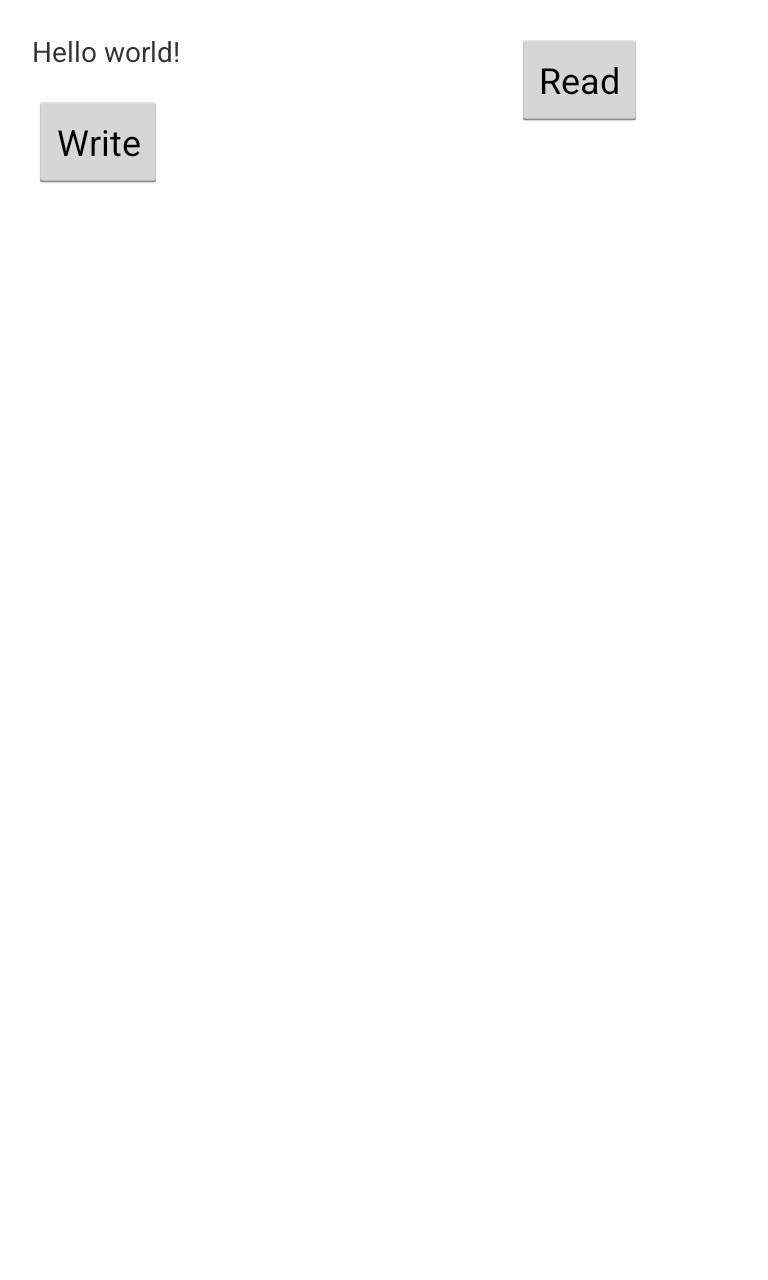
Repository: sparrow1058/nfc
Layout: nfc/res/layout/activity_main.xml
An editor plug-in stored every save of this project. The layout is shown before and after a run of saves, followed by the edit.
It is drawn on a 768 x 1280 px phone screen (xhdpi) without system bars, with theme AppTheme; the app's code is not run.

Above is the layout before, as saved 2018-06-15 06:52:35.

### nfc/res/layout/activity_main.xml
<RelativeLayout xmlns:android="http://schemas.android.com/apk/res/android"
    xmlns:tools="http://schemas.android.com/tools"
    android:layout_width="match_parent"
    android:layout_height="match_parent"
    android:paddingBottom="@dimen/activity_vertical_margin"
    android:paddingLeft="@dimen/activity_horizontal_margin"
    android:paddingRight="@dimen/activity_horizontal_margin"
    android:paddingTop="@dimen/activity_vertical_margin"
    tools:context=".MainActivity" >

    <TextView
        android:id="@+id/textView1"
        android:layout_width="800px"
        android:layout_height="600px"
        android:text="@string/hello_world" />

    <Button
        android:id="@+id/bt_read"
        android:layout_width="wrap_content"
        android:layout_height="wrap_content"
        android:layout_alignParentRight="true"
        android:layout_alignTop="@+id/textView1"
        android:layout_marginRight="46dp"
        android:text="Read" />

    <Button
        android:id="@+id/bt_write"
        android:layout_width="wrap_content"
        android:layout_height="wrap_content"
        android:layout_alignLeft="@+id/button1"
        android:layout_below="@+id/button1"
        android:layout_marginTop="31dp"
        android:text="Write" />

</RelativeLayout>

### nfc/res/values/strings.xml
<?xml version="1.0" encoding="utf-8"?>
<resources>

    <string name="app_name">nfc</string>
    <string name="action_settings">Settings</string>
    <string name="hello_world">Hello world!</string>

</resources>

Loaded but not shown: nfc/res/values/styles.xml (common file); nfc/res/values-v11/styles.xml (common file); nfc/res/values-v14/styles.xml (common file); nfc/res/values/dimens.xml (common file)

After the next 2 saves:
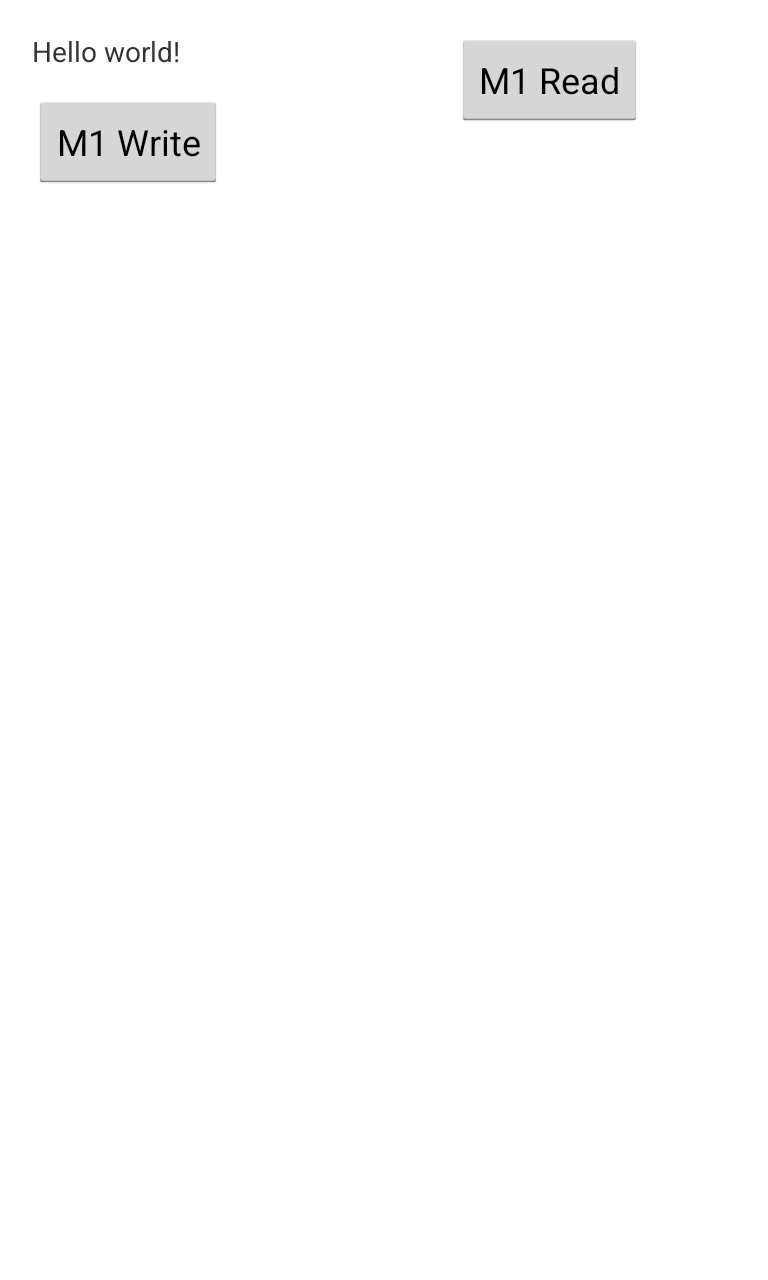
The 2 saves are shown as one change because they came seconds apart.
The last was saved 8 s later.
--- a/nfc/res/layout/activity_main.xml
+++ b/nfc/res/layout/activity_main.xml
@@ -21,7 +21,7 @@
         android:layout_alignParentRight="true"
         android:layout_alignTop="@+id/textView1"
         android:layout_marginRight="46dp"
-        android:text="Read" />
+        android:text="M1 Read" />
 
     <Button
         android:id="@+id/bt_write"
@@ -30,6 +30,6 @@
         android:layout_alignLeft="@+id/button1"
         android:layout_below="@+id/button1"
         android:layout_marginTop="31dp"
-        android:text="Write" />
+        android:text="M1 Write" />
 
 </RelativeLayout>
